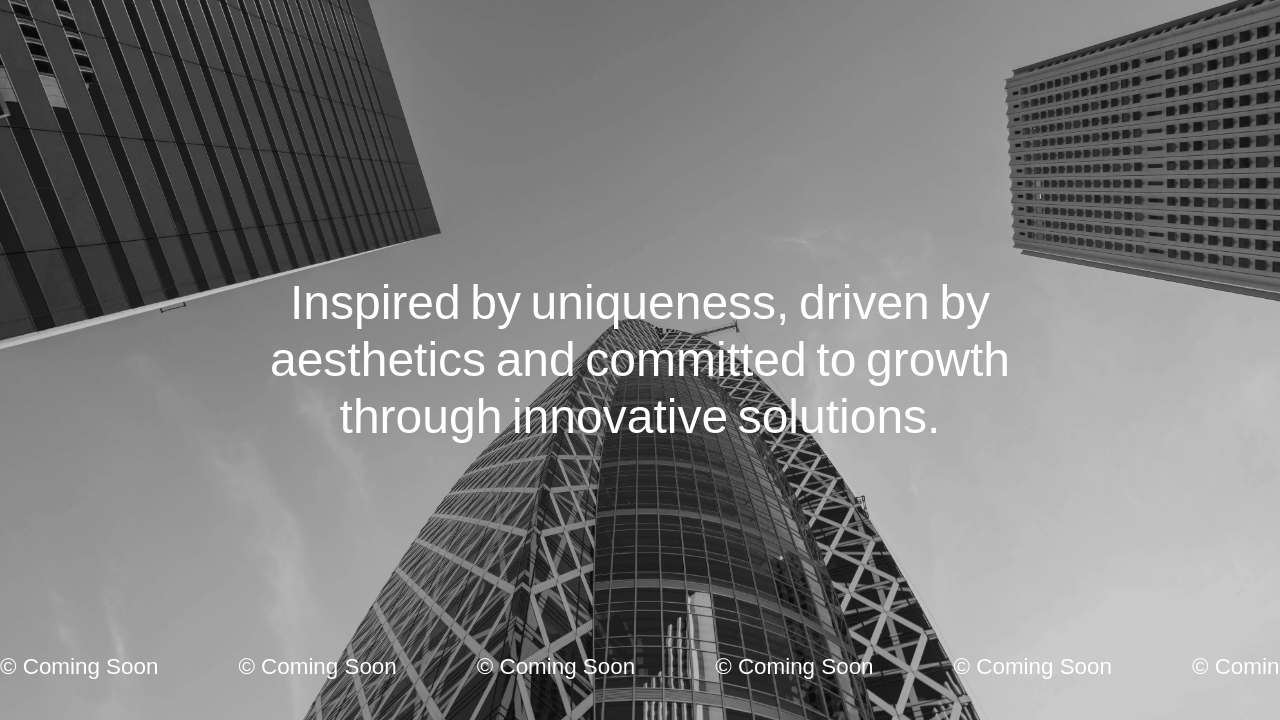
Repository: leswisss/comingsoon
Page: /
These files come from the project's save history. The page is drawn as it stood at one moment and after the next save; the edit follows.
The browser window is 1280 px wide. The pictures show the whole page.
Some web fonts or font styles are not loaded; a fallback is used. The project was rebuilt for these pictures with package versions that can differ from the ones it lists, and the page was loaded fresh each time. The framework's server and built-in components were replaced by stand-ins that run in the browser. Also part of the build but not shown: next.config.mjs.

Above is the page before, as saved 2024-06-16 15:53:59.

### app/layout.tsx
import type { Metadata } from "next";
import localFont from "next/font/local";
import "../styles/globals.scss";

const regular = localFont({
  src: "./SF-Pro-Display-Regular.ttf",
  display: "swap",
  variable: "--regular-font",
});

const medium = localFont({
  src: "./SF-Pro-Display-Medium.ttf",
  display: "swap",
  variable: "--medium-font",
});

const semibold = localFont({
  src: "./SF-Pro-Display-Semibold.ttf",
  display: "swap",
  variable: "--semibold-font",
});

const italic = localFont({
  src: "./BigCaslonFB-Italic.ttf",
  display: "swap",
  variable: "--italic-font",
});

export const metadata: Metadata = {
  title: "Better Marque - Branding Agency",
  description: "Generated by create next app",
};

export default function RootLayout({
  children,
}: Readonly<{
  children: React.ReactNode;
}>) {
  return (
    <html lang="en">
      <body
        className={`${italic.variable} ${regular.variable} ${medium.variable} ${semibold.variable}`}
      >
        {children}
      </body>
    </html>
  );
}

### app/page.tsx
import { HomePageWrapper } from "@/components";

export default function Home() {
  return (
    <main>
      <HomePageWrapper/>
    </main>
  );
}

### styles/globals.scss
/*=============== VARIABLES SCSS ===============*/
:root {
  --header-height: 6rem;
  --white: white;
  --black: black;
  --grey: #535353;


  /*========== Font and typography ==========*/
  /*.5rem = 8px | 1rem = 16px ...*/
  // --body-font: 'Montserrat', sans-serif;

  --h1-font-size: 3rem;
  --h2-font-size: 2rem;
  --normal-font-size: 1rem;
  --small-font-size: .94rem;
}

/* Responsive typography */
@media screen and (max-width: 1088px) {
  :root {
    --h1-font-size: 2.75rem;
    --h2-font-size: 1.8rem;
    --normal-font-size: 0.96rem;
    --small-font-size: .90rem;
  }
}

@media screen and (max-width: 628px) {
  :root {
    --h1-font-size: 2.5rem;
    --h2-font-size: 1.5rem;
    --normal-font-size: 0.92rem;
    --small-font-size: 0.85rem;
  }
}

/*=============== BASE ===============*/
* {
  box-sizing: border-box;
  padding: 0;
  margin: 0;
  scrollbar-width: none;

  &::-webkit-scrollbar{
    display: none;
  }

}

html {
  scroll-behavior: auto;
  height: auto;
}

body{
  font-family: var(--regular-font);
  font-size: var(--normal-font-size);
  background-color: black;
  color: var(--white);
}


ul {
  list-style: none;
}

a {
  text-decoration: none;
}

img {
  max-width: 100%;
  height: auto;
}


/*=============== REUSABLE CSS CLASSES ===============*/
.container {
  max-width: 1450px;
  margin: 0 auto;
}

.main {
  overflow: hidden;
}


@media screen and (max-width: 1450px) {
  .container {
    max-width: 100%;
    margin: 0 3rem;
  }
}


@media screen and (max-width: 1088px) {
  .container {
    max-width: 100%;
    margin: 0 2rem;
  }
}


@media screen and (max-width: 628px) {
  .container {
    max-width: 100%;
    margin: 0 1rem;
  }
}

### components/index.tsx
import HomePageWrapper from "./HomePageWrapper";
import HeroSection from "./HeroSection";

export {
  HomePageWrapper,
  HeroSection
}

### components/HomePageWrapper.tsx
import React from 'react'
import HeroSection from './HeroSection'

const HomePageWrapper = () => {
  return (
    <>
    <HeroSection />
    </>
  )
}

export default HomePageWrapper

### components/HeroSection.tsx
"use client";

import React, { useEffect, useRef } from "react";
import Marquee from "./Marquee";
import Image from "next/image";
import IMAGE from "../public/background.jpg";
import styles from "../styles/hero.module.scss";

const HeroSection = () => {
  const slogan =
    "Inspired by uniqueness, driven by aesthetics and committed to growth through innovative solutions.";
  const refs = useRef<HTMLSpanElement[]>([]);

  const splitwords = () => {
    let body: JSX.Element[] = [];
    slogan.split(" ").forEach((word, i) => {
      const cleanWord = word.replace(/[.,]/g, "");

      if (["uniqueness", "aesthetics", "growth"].includes(cleanWord)) {
        body.push(
          <p
            key={`word-${i}`}
            className={`${styles.word_wrapper} ${styles.italic}`}
          >
            <span
              className={styles.word}
              ref={(el) => {
                if (el) refs.current.push(el);
              }}
            >
              {word}
            </span>
          </p>
        );
      } else {
        body.push(
          <p key={`word-${i}`} className={styles.word_wrapper}>
            <span
              className={styles.word}
              ref={(el) => {
                if (el) refs.current.push(el);
              }}
            >
              {word}
            </span>
          </p>
        );
      }
    });

    return body;
  };


  return (
    <section className={styles.hero}>
      <div className={styles.hero_image}>
        <Image src={IMAGE} fill quality={100} alt="Better Marque" />
      </div>
      <div className={styles.text}>{splitwords()}</div>
      <div className={styles.marquee}>
        <Marquee />
      </div>
    </section>
  );
};

export default HeroSection;

### components/Marquee.tsx
import React, {useRef} from 'react'
import gsap from 'gsap'
import { useGSAP } from '@gsap/react'
import styles from "../styles/marquee.module.scss"

const Marquee = () => {
  const firstRef = useRef(null);
  const secondRef = useRef(null);
  let xPercent = 0;

  useGSAP(() => {
    requestAnimationFrame(animation)
  })

  const animation = () => {
    gsap.set(firstRef.current, {xPercent: xPercent})
    gsap.set(secondRef.current, {xPercent: xPercent})
    xPercent += 0.1;
    requestAnimationFrame
  }
  return (
    <div className={styles.slider}>
      <div className={styles.coming__wrapper} ref ={firstRef}>
        <p className={styles.soon}>© Coming Soon</p>
        <p className={styles.soon}>© Coming Soon</p>
        <p className={styles.soon}>© Coming Soon</p>
        <p className={styles.soon}>© Coming Soon</p>
        <p className={styles.soon}>© Coming Soon</p>
        <p className={styles.soon}>© Coming Soon</p>
        <p className={styles.soon}>© Coming Soon</p>
        <p className={styles.soon}>© Coming Soon</p>
        <p className={styles.soon}>© Coming Soon</p>
        <p className={styles.soon}>© Coming Soon</p>
      </div>
      <div className={styles.coming__wrapper} ref ={secondRef}>
        <p className={styles.soon}>© Coming Soon</p>
        <p className={styles.soon}>© Coming Soon</p>
        <p className={styles.soon}>© Coming Soon</p>
        <p className={styles.soon}>© Coming Soon</p>
        <p className={styles.soon}>© Coming Soon</p>
        <p className={styles.soon}>© Coming Soon</p>
        <p className={styles.soon}>© Coming Soon</p>
        <p className={styles.soon}>© Coming Soon</p>
        <p className={styles.soon}>© Coming Soon</p>
        <p className={styles.soon}>© Coming Soon</p>
      </div>
    </div>
  )
}

export default Marquee

### styles/hero.module.scss
.hero{
  width: 100vw;
  height: 100vh;
  overflow: hidden;
  position: relative;
}

.hero_image{
  width: 100vw;
  height: 100vh;
  position: relative;

  img{
    object-fit: cover;
    filter: brightness(0.8);
  }
}

.text{
  position: absolute;
  color: white;
  z-index: 1;
  width: max-content;
  height: max-content;
  top: 50%;
  left: 50%;
  transform: translate(-50%, -50%);
  display: flex;
  flex-wrap: wrap;
  width: 55rem;
  text-align: center;
  justify-content: center;
  align-items: center;

  .word_wrapper{
    font-size: var(--h1-font-size);
    overflow: hidden;
    width: auto;
    height: 56.8px;
    padding: 0 0.3rem;

    &.italic{
      font-family: var(--italic-font);
    }

    .word{
      position: relative;
      top: 0%; // What i will be animating with gsap
    }
  }
}

.marquee{
  position: absolute;
  width: 100%;
  height: max-content;
  bottom: 2.5rem;
  left: 0;
  z-index: 1;
}

### styles/marquee.module.scss
.slider{
  position: relative;
}

.coming__wrapper{
  display: flex;
  white-space: nowrap;
  flex-wrap: nowrap;

  .soon{
    margin-right: 5rem;
    font-size: calc(var(--h2-font-size) - 0.6rem);
  }

  &:nth-of-type(2){
    position: absolute;
    left: 100%;
    top: 0%;
  }
}

After the next save:
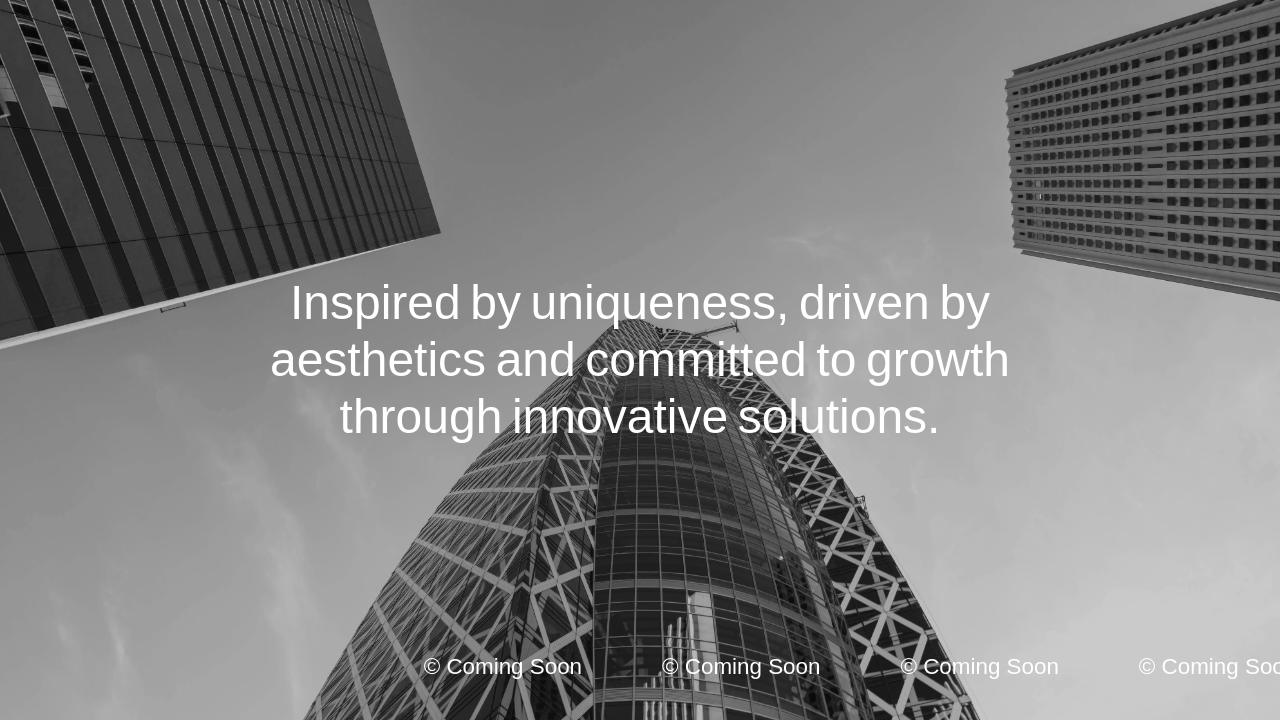
Saved 4 s later.
--- a/components/Marquee.tsx
+++ b/components/Marquee.tsx
@@ -16,7 +16,7 @@ const Marquee = () => {
     gsap.set(firstRef.current, {xPercent: xPercent})
     gsap.set(secondRef.current, {xPercent: xPercent})
     xPercent += 0.1;
-    requestAnimationFrame
+    requestAnimationFrame(animation)
   }
   return (
     <div className={styles.slider}>
